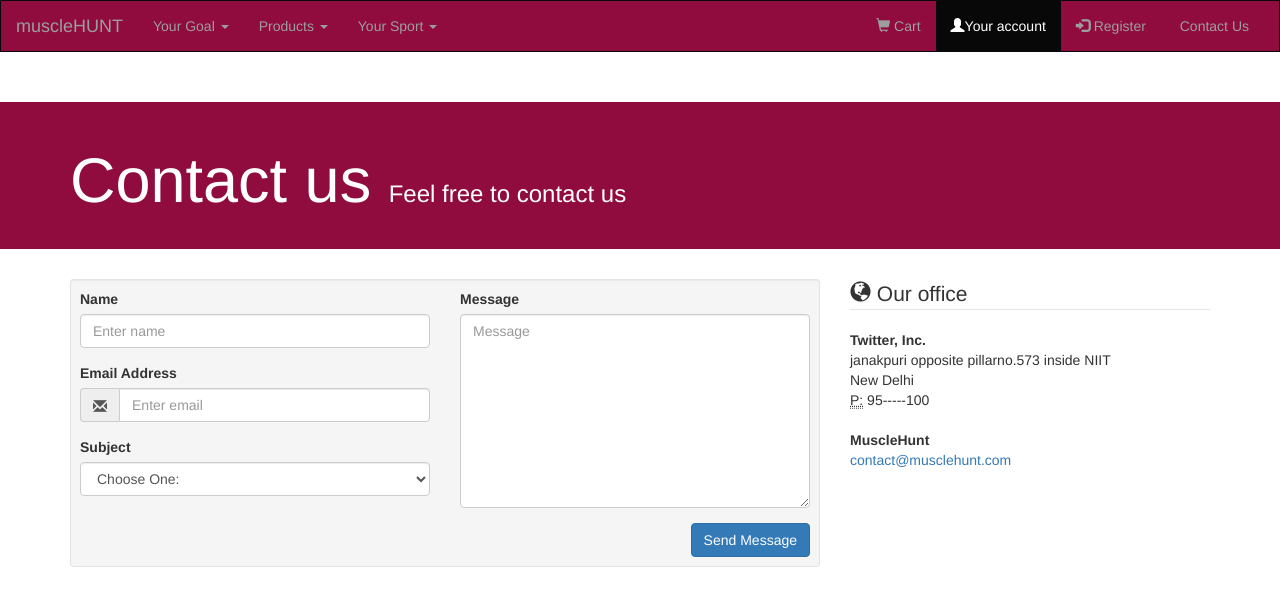
Repository: sunnypunia/SUNNY1
Page: http://localhost/MuscleHunt/WEB-INF/jsp/contactus.jsp
An editor plug-in stored every save of this project. The page is shown before and after the next save, followed by the edit.
The browser window is 1280 px wide. The pictures show the whole page.
Some web libraries are served in a nearby version. The page is served by Tomcat 9. Nobody is signed in. Other server files are loaded and not shown. The template is opened directly, without the code that normally fills it, so the values that code supplies are empty.

Above is the page before, as saved 2017-01-09 11:32:54.

### MuscleHunt/src/main/webapp/WEB-INF/jsp/contactus.jsp
<%@ page language="java" contentType="text/html; charset=ISO-8859-1"
    pageEncoding="ISO-8859-1"%>
<!DOCTYPE html PUBLIC "-//W3C//DTD HTML 4.01 Transitional//EN" "http://www.w3.org/TR/html4/loose.dtd">
<html>
<head>
<meta http-equiv="Content-Type" content="text/html; charset=ISO-8859-1">
<meta name="viewport" content="width=device-width, initial-scale=1, maximum-scale=1" />
<meta charset="utf-8">
  <meta name="viewport" content="width=device-width, initial-scale=1">
  <link rel="stylesheet" href="https://maxcdn.bootstrapcdn.com/bootstrap/3.3.7/css/bootstrap.min.css">
  <script src="https://ajax.googleapis.com/ajax/libs/jquery/3.1.1/jquery.min.js"></script>
  <script src="https://maxcdn.bootstrapcdn.com/bootstrap/3.3.7/js/bootstrap.min.js"></script>
<script type="text/javascript">

</script>
<style>
.navbar {
    background-color: #900C3F ;
      margin-bottom: 50px;
      border-radius: 0;
    }
.jumbotron {
background: #900C3F;
color: #FFF;
border-radius: 0px;
}
.jumbotron-sm { padding-top: 24px;
padding-bottom: 24px; }
.jumbotron small {
color: #FFF;
}
.h1 small {
font-size: 24px;
}
</style>
<title>contact us</title>
</head>
<body>
<nav class="navbar navbar-inverse">
  <div class="container-fluid">
    <div class="navbar-header">
      <button type="button" class="navbar-toggle" data-toggle="collapse" data-target="#myNavbar">
        <span class="icon-bar"></span>
        <span class="icon-bar"></span>
        <span class="icon-bar"></span>
      </button>

      <a class="navbar-brand" href="#">muscleHUNT</a>
    </div>
    <div class="collapse navbar-collapse" id="myNavbar">
      <ul class="nav navbar-nav">

         <ul class="nav navbar-nav">

   <li class="dropdown">
        <a class="dropdown-toggle" data-toggle="dropdown" href="#">Your Goal
        <span class="caret"></span></a>
        <ul class="dropdown-menu">
          <li><a href="#">Lean mass</a></li>
          <li><a href="#">Gain weight</a></li>
          <li><a href="#">Weight loss</a></li>


        </ul>
        </li>
<li class="dropdown">
        <a class="dropdown-toggle" data-toggle="dropdown" href="#">Products
        <span class="caret"></span></a>
        <ul class="dropdown-menu">
          <li><a href="#">whey</a></li>
          <li><a href="#">casien</a></li>
          <li><a href="#">bcaa</a></li>
          <li><a href="#">pre-workout</a></li>
          <li><a href="#">post-workout</a></li>
          <li><a href="#">energy bars</a></li>

        </ul>
        </li>
<li class="dropdown">
        <a class="dropdown-toggle" data-toggle="dropdown" href="#">Your Sport
        <span class="caret"></span></a>
        <ul class="dropdown-menu">
          <li><a href="#">Bodybuilding</a></li>
           <li><a href="#">Athlete</a></li>
           <li><a href="#">Boxing</a></li>
            <li><a href="#">Running</a></li>
             <li><a href="#">Fitness</a></li>
             </ul>
             </li>
         </ul>
      </ul>
      <ul class="nav navbar-nav navbar-right">

        <li><a href="#"><span class="glyphicon glyphicon-shopping-cart"></span> Cart</a></li>
 	 <li class="active"><a href="login"><span class="glyphicon glyphicon-user"></span>Your account</a></li>
      <li><a href="registration"><span class="glyphicon glyphicon-log-in"></span> Register</a></li>
      <li><a href="contactus"><span class="glyphicon glyphicon-contact-us"></span> Contact Us</a></li>
      </ul>
    </div>
  </div>
</nav>
<div class="jumbotron jumbotron-sm">
    <div class="container">
        <div class="row">
            <div class="col-sm-12 col-lg-12">
                <h1 class="h1">
                    Contact us <small>Feel free to contact us</small></h1>
            </div>
        </div>
    </div>
</div>
<div class="container">
    <div class="row">
        <div class="col-md-8">
            <div class="well well-sm">
                <form>
                <div class="row">
                    <div class="col-md-6">
                        <div class="form-group">
                            <label for="name">
                                Name</label>
                            <input type="text" class="form-control" id="name" placeholder="Enter name" required="required" />
                        </div>
                        <div class="form-group">
                            <label for="email">
                                Email Address</label>
                            <div class="input-group">
                                <span class="input-group-addon"><span class="glyphicon glyphicon-envelope"></span>
                                </span>
                                <input type="email" class="form-control" id="email" placeholder="Enter email" required="required" /></div>
                        </div>
                        <div class="form-group">
                            <label for="subject">
                                Subject</label>
                            <select id="subject" name="subject" class="form-control" required="required">
                                <option value="na" selected="">Choose One:</option>
                                <option value="service">General Customer Service</option>
                                <option value="suggestions">Suggestions</option>
                                <option value="product">Product Support</option>
                            </select>
                        </div>
                    </div>
                    <div class="col-md-6">
                        <div class="form-group">
                            <label for="name">
                                Message</label>
                            <textarea name="message" id="message" class="form-control" rows="9" cols="25" required="required"
                                placeholder="Message"></textarea>
                        </div>
                    </div>
                    <div class="col-md-12">
                        <button type="submit" class="btn btn-primary pull-right" id="btnContactUs">
                            Send Message</button>
                    </div>
                </div>
                </form>
            </div>
        </div>
        <div class="col-md-4">
            <form>
            <legend><span class="glyphicon glyphicon-globe"></span> Our office</legend>
            <address>
                <strong>Twitter, Inc.</strong><br>
                janakpuri opposite pillarno.573
                inside NIIT<br>
               New Delhi<br>
                <abbr title="Phone">
                    P:</abbr>
                95-----100
            </address>
            <address>
                <strong>MuscleHunt</strong><br>
                <a href="mailto:#">contact@musclehunt.com</a>
            </address>
            </form>
        </div>
    </div>
</div>
</body>
</html>

After the next save:
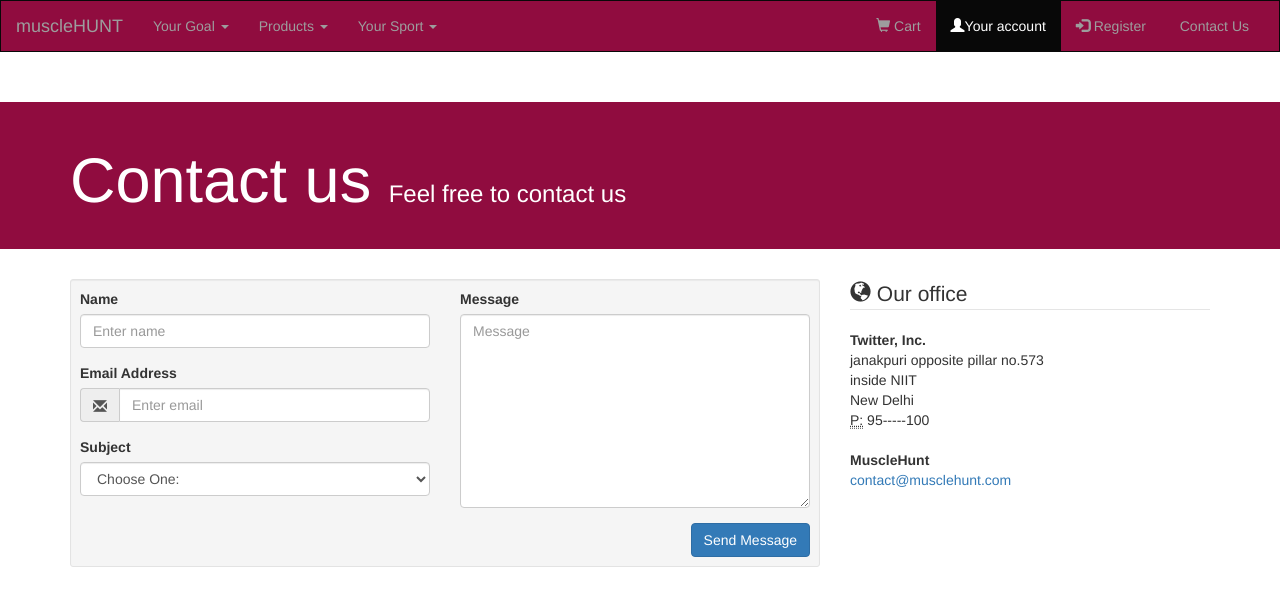
Saved 33 s later.
--- a/MuscleHunt/src/main/webapp/WEB-INF/jsp/contactus.jsp
+++ b/MuscleHunt/src/main/webapp/WEB-INF/jsp/contactus.jsp
@@ -161,7 +161,7 @@ font-size: 24px;
             <legend><span class="glyphicon glyphicon-globe"></span> Our office</legend>
             <address>
                 <strong>Twitter, Inc.</strong><br>
-                janakpuri opposite pillarno.573
+                janakpuri opposite pillar no.573<br>
                 inside NIIT<br>
                New Delhi<br>
                 <abbr title="Phone">
